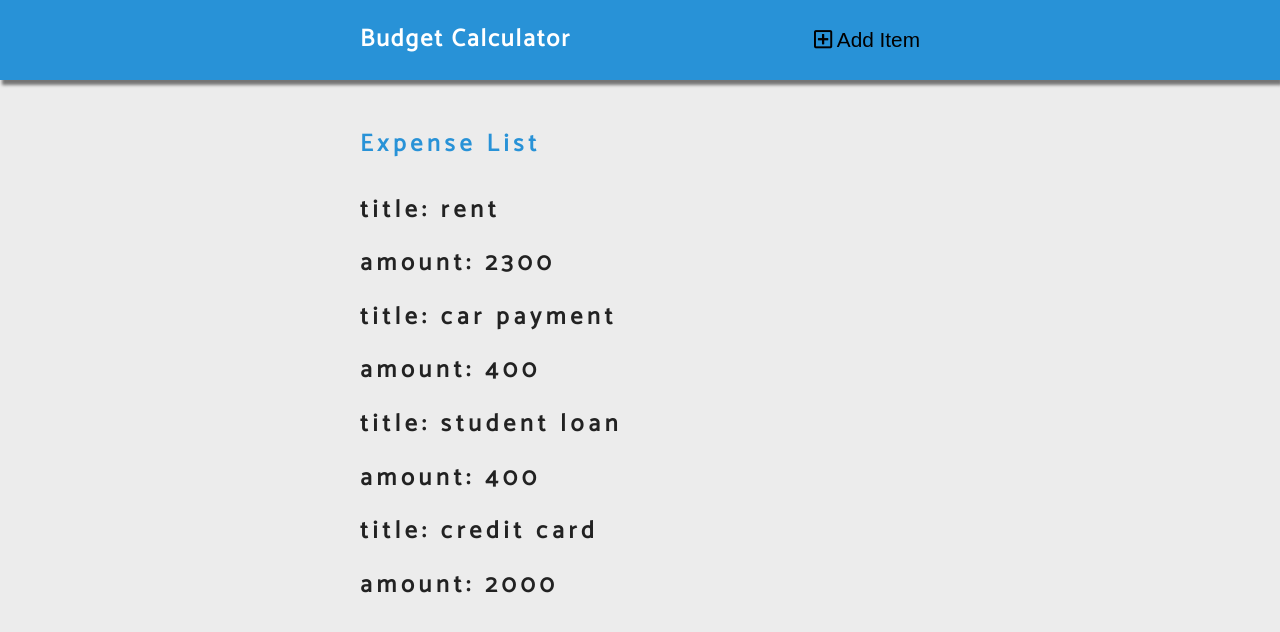
Repository: webdril/budget
Page: /
The author's editor kept a copy of each file at every save. The page is drawn from the files as they stood at one save, then again after the next save.
The browser window is 1280 px wide. The pictures show the whole page.
The project was rebuilt for these pictures with package versions that can differ from the ones it lists, and the page was loaded fresh each time.

Above is the page before, as saved 2020-03-02 01:05:47.

### public/index.html
<!DOCTYPE html>
<html lang="en">
<head>
	<meta charset='utf-8'>
	<meta name='viewport' content='width=device-width,initial-scale=1'>

	<title>Budget Calculator</title>

	<link rel='icon' type='image/png' href='/favicon.png'>
	<link rel='stylesheet' href='/global.css'>
	<link rel='stylesheet' href='/build/bundle.css'>
	<!-- Font Awesome -->
	<link rel="stylesheet" href="fontawesome-free-5.11.2-web/css/all.min.css">

	<script defer src='/build/bundle.js'></script>
</head>

<body>
</body>
</html>

### src/App.svelte
<script>
// components
import Navbar from './Navbar.svelte'
import ExpensesList from './ExpensesList.svelte'

// Data
import expensesData from './expenses';

// variables
let expenses = [...expensesData];
</script>

<!-- CSS/STYLING -->

<Navbar />
<main class="content">
	<ExpensesList {expenses}/>
</main>

### src/Navbar.svelte
<nav class="nav">
	<div class="nav-center">
		<h1 class="nav-title">Budget Calculator</h1>
		<button type="button" class="nav-btn">
			<i class="far fa-plus-square" />
			Add Item
		</button>
	</div>
</nav>

### src/ExpensesList.svelte
<script>
import SectionTitle from './Title.svelte';
import Expense from './Expense.svelte';
export let expenses = [];
</script>

<style>
    h2 {
        text-transform: capitalize;
    }
</style>

<section>
    <SectionTitle title= 'expense list' />
    <ul>
        {#each expenses as expense, index}
            <Expense {expense}/>
            {:else}
                <h2>Currently you have no expenses</h2>
        {/each}
    </ul>
</section>

### src/Title.svelte
<script>
export let title = "default title";

</script>


<div class="main-title">
 <h2>{title}</h2>
</div>

### src/Expense.svelte
<script>
export let expense
</script>
<div>

<h1>title: {expense.name}</h1>
<h2>amount: {expense.amount}</h2>
</div>

### public/global.css
/*
======
Fonts
======
*/
@import url("https://fonts.googleapis.com/css?family=Catamaran:300,400&display=swap");
/*
======
Variables
======
*/
:root {
  --primaryColor: #2892d7;
  --mainWhite: #fff;
  --offWhite: #f7f7f7;
  --mainBlack: #222;
  --mainGrey: #ececec;
  --darkGrey: #afafaf;
  --mainTransition: all 0.3s linear;
  --mainSpacing: 0.3rem;
  --lightShadow: 2px 5px 3px 0px rgba(0, 0, 0, 0.5);
  --darkShadow: 4px 10px 5px 0px rgba(0, 0, 0, 0.5);
  --mainBorderRadius: 0.25rem;
}
/*
======
Global Styles
======
*/
* {
  margin: 0;
  padding: 0;
  box-sizing: border-box;
}

body {
  font-family: "Catamaran", sans-serif;
  color: var(--mainBlack);
  background: var(--mainGrey);
  line-height: 1.4;
  font-size: 1rem;
  font-weight: 300;
}
h1,
h2,
h3,
h4,
h5,
h6 {
  font-family: "Catamaran", sans-serif;
  margin-bottom: 1.25rem;
  letter-spacing: var(--mainSpacing);
}
p {
  margin-bottom: 1.25rem;
}
ul {
  list-style-type: none;
}
a {
  text-decoration: none;
  color: var(--mainBlack);
}
/*
======
Buttons
======
*/
.btn,
.btn-white,
.btn-primary {
  text-transform: uppercase;
  letter-spacing: var(--mainSpacing);
  color: var(--primaryColor);
  border: 2px solid var(--primaryColor);
  padding: 0.45rem 0.8rem;
  display: inline-block;
  transition: var(--mainTransition);
  cursor: pointer;
  font-size: 0.8rem;
  border-radius: var(--mainBorderRadius);
  background: transparent;
}
.btn:hover {
  background: var(--primaryColor);
  color: var(--mainWhite);
}
.btn-white {
  background: transparent;
  color: var(--primaryColor);
  border-color: var(--primaryColor);
}
.btn-white:hover {
  background: var(--mainWhite);
  color: var(--primaryColor);
}
.btn-primary {
  background: var(--primaryColor);
  color: var(--mainWhite);
  border-color: var(--primaryColor);
}
.btn-primary:hover {
  background: transparent;
  color: var(--primaryColor);
}
.btn-block {
  width: 100%;
  display: block;
  margin: 0 auto;
  box-shadow: var(--lightShadow);
}
.disabled {
  color: var(--darkGrey);
  border-color: var(--darkGrey);
}
.disabled:hover {
  background: transparent;
  color: var(--darkGrey);
  border-color: var(--darkGrey);
}
/*
======
Navbar
======
*/
.nav {
  background: var(--primaryColor);
  height: 5rem;
  display: flex;
  align-items: center;
  box-shadow: var(--lightShadow);
}

.nav-center {
  width: 85%;
  max-width: 35rem;
  margin: 0 auto;
  display: flex;
  justify-content: space-between;
}
.nav-title {
  text-transform: capitalize;
  color: var(--mainWhite);
  margin-bottom: 0;
  letter-spacing: 2px;
}
.nav-btn {
  background: transparent;
  font-size: 1.3rem;
  border: none;
  cursor: pointer;
  text-transform: capitalize;
  transition: var(--mainTransition);
}
.nav-btn:hover {
  color: var(--darkGrey);
}
/*
======
Content
======
*/
.content {
  padding: 3rem 0;
  width: 85vw;
  max-width: 35rem;
  margin: 0 auto;
}

/*
======
Main Title
======
*/
.main-title {
  text-transform: capitalize;
  color: var(--primaryColor);
  margin-bottom: 2rem;
}
/*
======
Single Expense
======
*/
.single-expense {
  display: flex;
  justify-content: space-between;
  text-transform: capitalize;
  align-items: center;
  margin-bottom: 2rem;
  padding: 1.3rem 1rem;
  border-radius: var(--mainBorderRadius);
  background: var(--mainWhite);
  box-shadow: var(--lightShadow);
}
.single-expense h2 {
  margin-bottom: 0;
  font-weight: 300;
}
.single-expense h4 {
  margin-bottom: 0;
  margin-top: 1rem;
  font-weight: 300;
  color: var(--primaryColor);
}

.expense-btn {
  font-size: 1rem;
  background: transparent;
  border: none;
  margin: 0 0.4rem;
  transition: var(--mainTransition);
  cursor: pointer;
}
.expense-btn:hover {
  transform: scale(1.2);
}
.amount-btn {
  font-size: 1.3rem;
  background: transparent;
  border: none;
  cursor: pointer;
  color: var(--primaryColor);
}
.delete-btn {
  color: red;
}
.edit-btn {
  color: green;
}
/*
======
Expense Form
======
*/

.expense-form {
  background: var(--mainWhite);
  padding: 1.25rem 1rem;
  text-transform: capitalize;
  border-radius: var(--mainBorderRadius);
  box-shadow: var(--lightShadow);
}

.form-control label {
  display: block;
}
.form-control input {
  width: 100%;
  border: none;
  border-bottom: 2px solid var(--darkGrey);
  margin-bottom: 1.25rem;
  padding: 0.5rem;
  font-size: 1.2rem;
}
.form-empty {
  text-align: center;
  color: red;
}
.form {
  position: relative;
  margin-bottom: 5rem;
}
.close-btn {
  position: absolute;
  top: 0;
  right: 0;
  font-size: 1.2rem;
  text-transform: capitalize;
  display: flex;
  align-items: center;
  width: 4.2rem;
  justify-content: space-between;
  background: transparent;
  border: none;
  color: red;
  cursor: pointer;
}
/*
======
Modal
======
*/
.modal-container {
  position: fixed;
  top: 0;
  left: 0;
  right: 0;
  bottom: 0;
  background: rgba(0, 0, 0, 0.7);
  z-index: 2;
}
.modal-content {
  background: var(--mainWhite);
  width: 85vw;
  max-width: 35rem;
  margin: 0 auto;
  margin-top: 5rem;
  padding: 3rem;
  border-radius: var(--mainBorderRadius);
  position: relative;
}
.modal-content .expense-form {
  box-shadow: none;
}
.modal-container .form {
  margin-bottom: 0;
}
.modal-container .expense-form {
  padding: 1.25rem 0;
}
.modal-container .form {
  position: static;
}
.modal-container .close-btn {
  top: 2%;
  right: 3%;
}
/*
======
Github Users
======
*/

.user {
  margin: 2rem 0;
  box-shadow: var(--lightShadow);
  display: grid;
  grid-template-columns: auto 1fr;
  border-radius: var(--mainBorderRadius);
  grid-column-gap: 2rem;
  background: var(--mainWhite);
}
.user img {
  width: 6rem;
  border-top-left-radius: var(--mainBorderRadius);
  border-bottom-left-radius: var(--mainBorderRadius);
}
.user-info {
  padding-top: 0.75rem;
}
.user-info h3 {
  margin-bottom: 0.75rem;
}

Loaded but not shown: src/main.js (common file); src/expenses.js (common file); public/fontawesome-free-5.11.2-web/css/all.min.css (library)

After the next save:
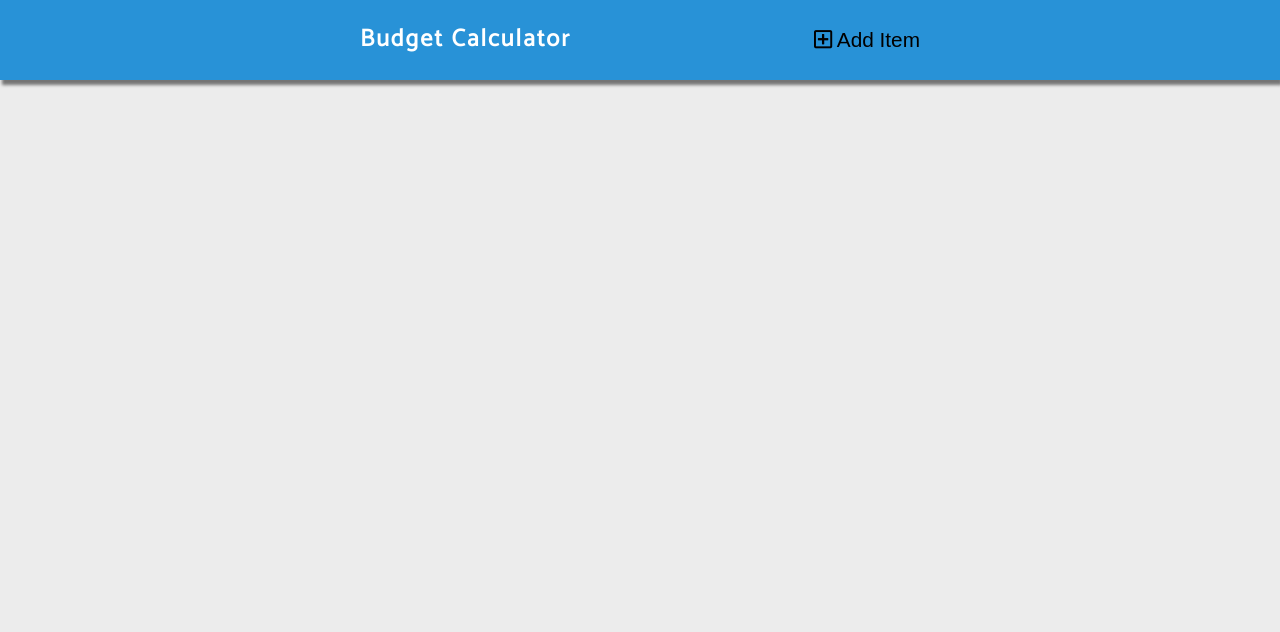
Saved 2 min 33 s later.
--- a/src/App.svelte
+++ b/src/App.svelte
@@ -14,5 +14,5 @@ let expenses = [...expensesData];
 
 <Navbar />
 <main class="content">
-	<ExpensesList {expenses}/>
+	<!-- <ExpensesList {expenses}/> -->
 </main>
